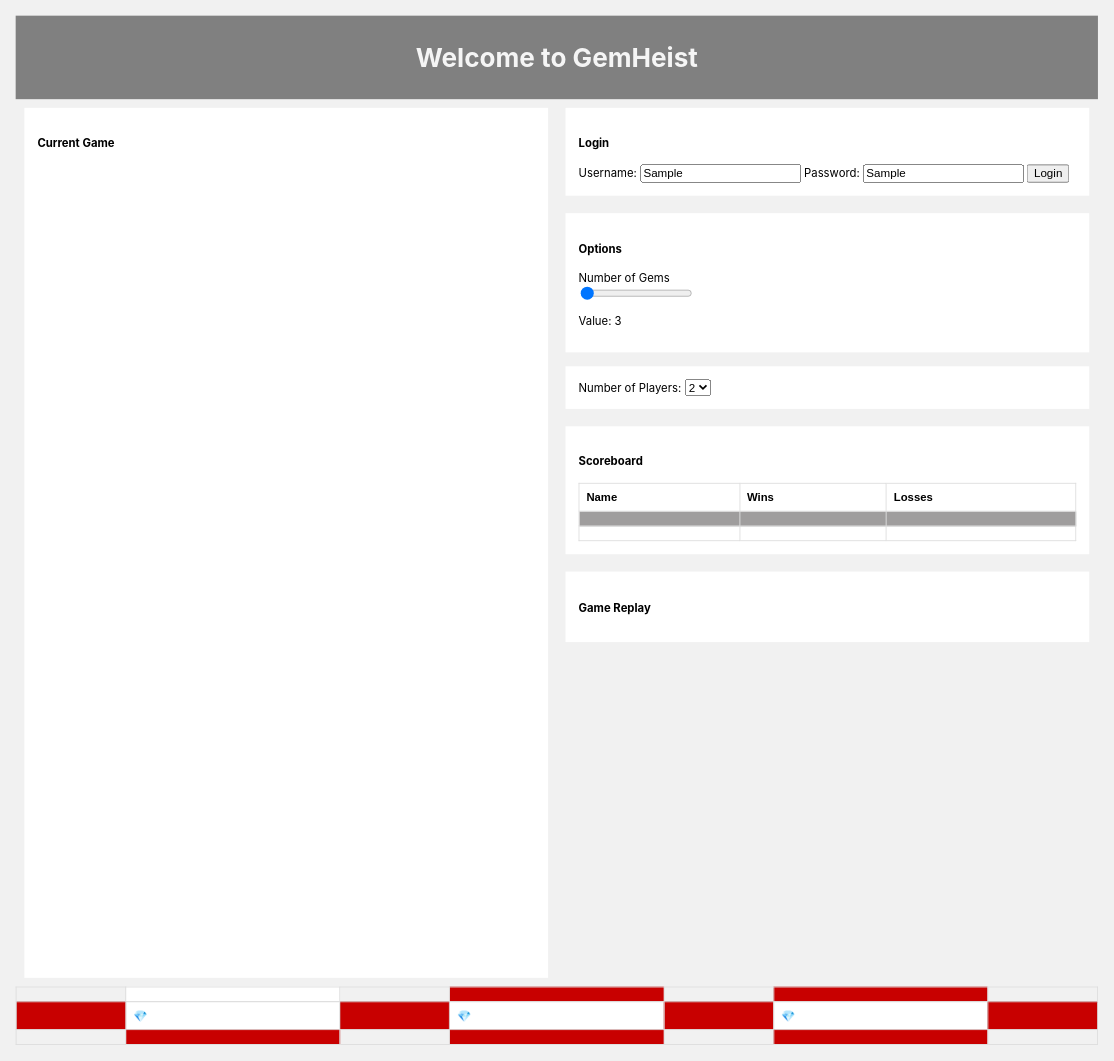
Repository: komalharjani/Gem-Heist
Page: board.html
An editor plug-in stored every save of this project. The page is shown before and after the next save, followed by the edit.
The browser window is 1280 px wide. The pictures show the whole page, at 87% of full size.
Empty fields were first filled with sample values (such as "Sample", 5 or name@example.com).
After loading, the first visible `td.alarm` was clicked once.

Above is the page before, as saved 2020-04-05 21:33:37.
Console error: TypeError: Cannot read properties of undefined (reading '3')

### board.html
<!DOCTYPE html>
<html>

<head>
    <link rel="stylesheet" href="style.css">
</head>

<body>
    <!--Header-->
    <div class="header">
        <h2>Welcome to GemHeist</h2>
    </div>

    <!--Current Game-->
    <div class="centercolumn">
        <div class="card" style="height:1000px">
            <h4 id="gameTitle">Current Game</h4>
            <div class="yaks" id="game">
            </div>
        </div>
    </div>
    <!--Login -->
    <div class="centercolumn" id="scoreboard">
        <div class="card">
            <h4>Login</h4>
            <div class="yaks">
                <label for="fname">Username:</label>
                <input type="text" id="fname" name="fname">
                <label for="lname">Password:</label>
                <input type="text" id="lname" name="lname">
                <input type="submit" value="Login">
            </div>
        </div>
    </div><br>
    </div>

    <!--Options -->
    <div class="rightcolumn">
        <div class="card">
            <h4>Options</h4>
            <div class="yaks">
                <div class="slidecontainer">
                    <label for="myRange">Number of Gems</label></br>
                    <input type="range" min="3" max="20" value="3" class="slider" id="myRange">
                    <p>Value: <span id="demo"></span></p>
                </div>
            </div>
                <script>
                    var slider = document.getElementById("myRange");
                    var output = document.getElementById("demo");
                    output.innerHTML = slider.value;
                    document.getElementById("myRange").step = "3";
                    slider.oninput = function () {
                        output.innerHTML = this.value;
                    }
                </script>
            </div></br>
            <div class="card">
                <div class="yaks">
                    <label for="noPlayers">Number of Players:</label>
                    <select id="noPlayers">
                        <option value="2">2</option>
                        <option value="3">3</option>
                        <option value="4">4</option>
                        <option value="5">5</option>
                    </select>
                </div>
            </div>
    </div><br>
    </div>

    <!--Scoreboard - change to dynamic -->
    <div class="rightcolumn">
        <div class="card">
            <h4>Scoreboard</h4>
            <div class="yaks" id="scoreboard">
                <table>
                    <tr>
                        <th>Name</th>
                        <th>Wins</th>
                        <th>Losses</th>
                    </tr>
                    <tr>
                        <td> </td>
                        <td> </td>
                        <td> </td>
                    </tr>
                    <tr>
                        <td> </td>
                        <td> </td>
                        <td> </td>
                    </tr>
                </table>

            </div>
        </div>
    </div><br>
    </div>

    <!--Scoreboard -->
    <div class="rightcolumn">
        <div class="card">
            <h4>Game Replay</h4>
            <div class="yaks">
                <!--Content Here-->
            </div>
        </div>
    </div><br>
    </div>



    <!--JAVASCRIPT -->
    <script src="model_Board.js"></script>
</body>

</html>

### style.css
* {
    box-sizing: border-box;
  }

  /* Add a gray background color with some padding */
  body {
    font-family: -apple-system, BlinkMacSystemFont, 'Segoe UI', Roboto, Oxygen, Ubuntu, Cantarell, 'Open Sans', 'Helvetica Neue', sans-serif;
    padding: 10px;
    background: #f1f1f1;
    font-size: 13px;
  }
  table {
    font-family: arial, sans-serif;
    border-collapse: collapse;
    width: 100%;
  }

  td, th {
    border: 1px solid #dddddd;
    text-align: left;
    padding: 8px;
  }

  tr:nth-child(even) {
    background-color: #dddddd;
  }
  /* Header Title */
  .header {
    padding: 5px;
    font-size: 20px;
    text-align: center;
    background: grey;
    color: whitesmoke;
  }

  .login {
    width:300px;
    height:150px;
    position: fixed;
    top: 50%;
    left: 50%;
    margin-top: -125px;
    margin-left: -150px;
  }


  /* Alerts and Gems */

  .gem {
    background-color: white;
    justify-content: center;
  }

  .gem:hover {
    background-color: rgb(240, 240, 240);
  }

  .alarm {
    background-color: rgb(200, 0, 0);
  }

  .white {
    background-color: white;
  }

  .empty {
    background-color: white;
  }

  .alarm:hover {
    background-color: rgb(136, 0, 0);
  }

  /* Split Screen into Columns */

  .rightcolumn {
    float: right;
    width: 50%;
    padding: 10px;
  }

  .centercolumn {
    float: left;
    width: 50%;
    padding: 10px;
  }

  .box {
    background-color: whitesmoke;
    width: 100%;
    padding: 15px;
  }

  .voteFilter {
    background-color: black;
    width: 100%;
    padding: 15px;
  }

  .card {
     background-color: white;
     padding: 15px;
  }

  .row:after {
    content: "";
    display: table;
    clear: both;
  }

  /* Footer */
  .footer {
    padding: 20px;
    text-align: center;
    background: #ddd;
    margin-top: 20px;
  }

  /* Responsive layout - when the screen is less than 800px wide, make the two columns stack on top of each other instead of next to each other */
  @media screen and (max-width: 800px) {
    .leftcolumn, .rightcolumn {
      width: 100%;
      padding: 0;
    }
  }

  tr:nth-child(even) {
    background-color: #3b37377c;
  }

### model_Board.js
/**
 * Variables
 */
const width = 7;
var gemChar = '&#128142';
var noGems = document.getElementById("myRange").value;
height = (2 / 3 * noGems) + 1;

/**
 * Declare Arrays for Drawing Board...
 */
var pieces = [];
for (var i = 0; i < height; i++) {
    pieces[i] = [];
}
console.log(pieces);

/**
 * Function to Draw Board
 */
function drawBoard() {
    var table = document.createElement("table");
    for (var i = 0; i < height; i++) { //loop through height
        var row = document.createElement('tr'); //create rows for each height
        for (var j = 0; j < width; j++) { //loop through width
            var cell = document.createElement('td'); //create columns for each width
            pieces[i].push(cell);
            if (j % 2 && i % 2) { //identify gem cells
                cell.innerHTML = gemChar;
                cell.className = "gem";
            }
            else if (j % 2 || i % 2) { //identify alarm cells
                cell.className = "alarm";
                cell.addEventListener('click',function(event){
                    captureAlarm(cell);
                    this.className = "white";
                })
            }
            row.appendChild(cell);
        }
        table.appendChild(row);
    }
    document.body.appendChild(table);
    console.log(pieces[3][3]);
    //display in this div
    let divContainer = document.getElementById("game");
    divContainer.innerHTML = "";
    divContainer.appendChild(table);
}
drawBoard();


function captureAlarm() {
    console.log(this);
    console.log("hello");
    //replay.enqueue(this);
}

After the next save:
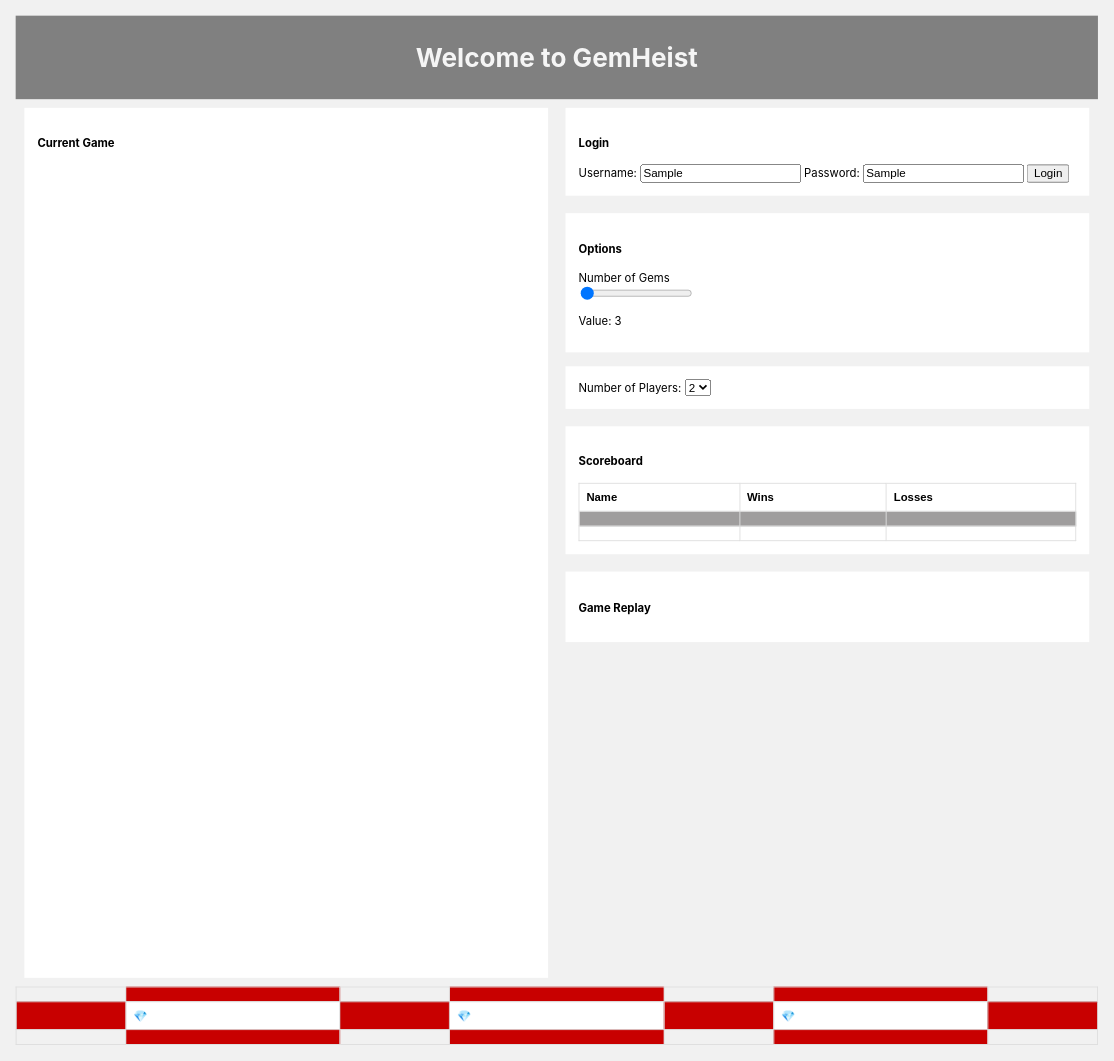
Saved 19 s later.
--- a/model_Board.js
+++ b/model_Board.js
@@ -49,9 +49,8 @@
 }
 drawBoard();
 
-
 function captureAlarm() {
-    console.log(this);
+    console.log(pieces[row][col]);
     console.log("hello");
     //replay.enqueue(this);
 }

After the save that followed:
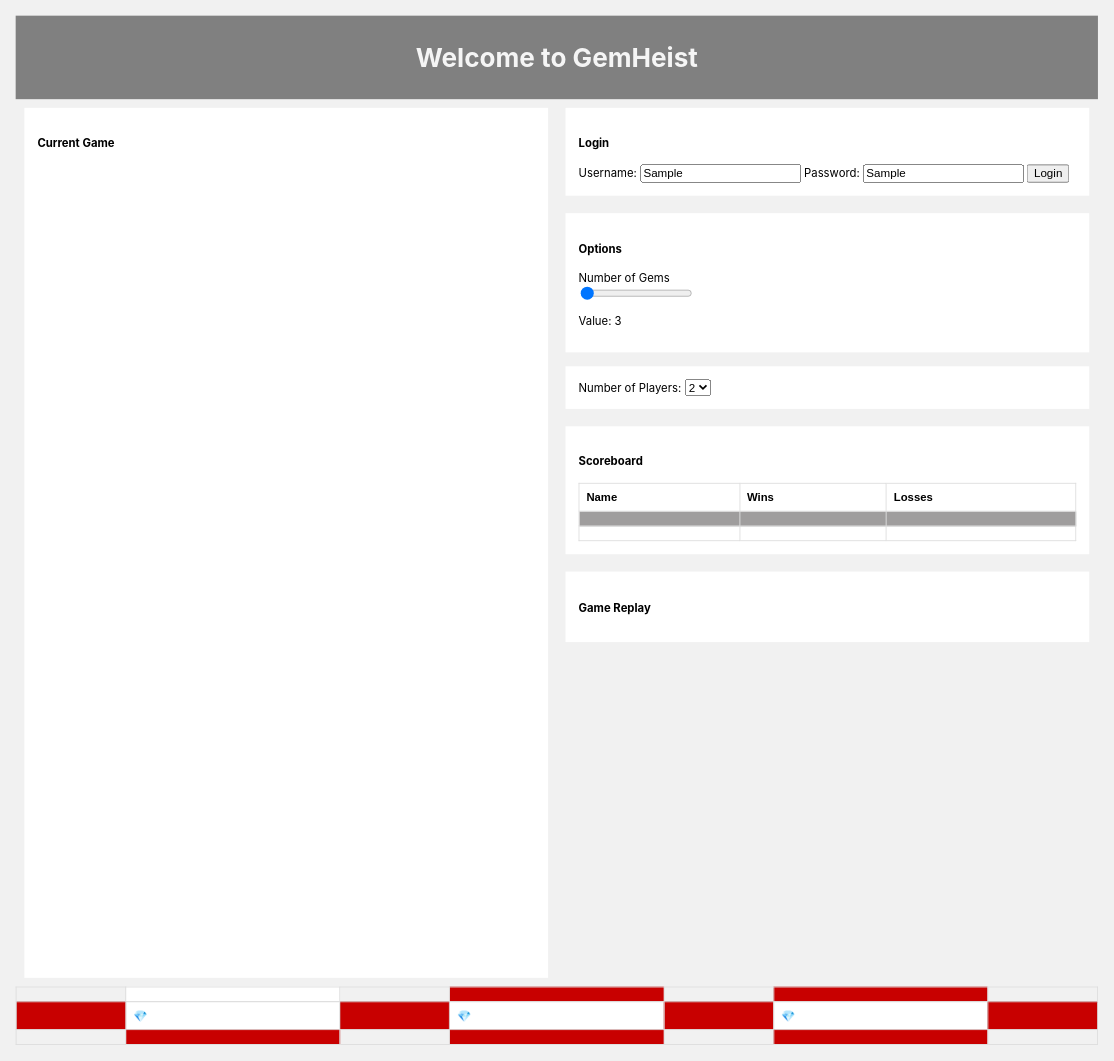
Saved 15 s later.
--- a/model_Board.js
+++ b/model_Board.js
@@ -50,7 +50,7 @@
 drawBoard();
 
 function captureAlarm() {
-    console.log(pieces[row][col]);
+    console.log(pieces[0][3]);
     console.log("hello");
     //replay.enqueue(this);
 }
